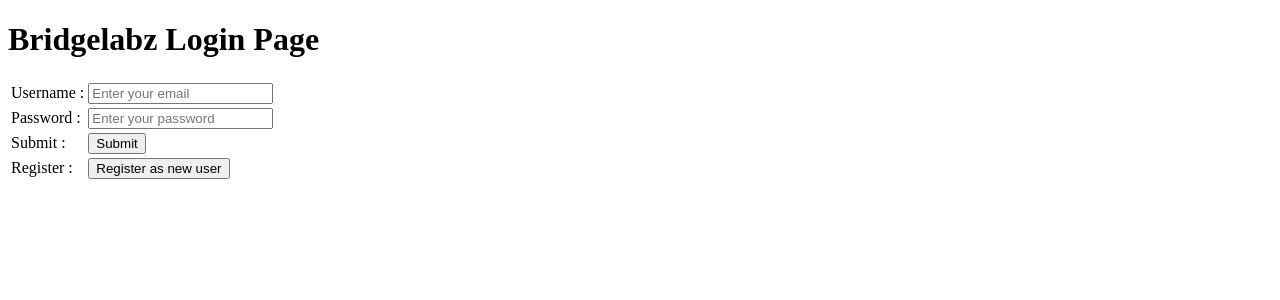
Repository: MarkFernandes11/Advanced-Java
Page: http://localhost/LoginPage1/
The author's editor kept a copy of each file at every save. The page is drawn from the files as they stood at one save, then again after the next save.
The browser window is 1280 px wide. The pictures show the whole page.
The page is served by Tomcat 9. Other server files are loaded and not shown.

Above is the page before, as saved 2019-09-23 11:14:29.

### LoginPage1/WebContent/index.jsp
<%@ page language="java" contentType="text/html; charset=UTF-8"
    pageEncoding="UTF-8"%>
<!DOCTYPE html>
<html>
<head>
<meta charset="UTF-8">
<title>Bridgelabz Login Page</title>
</head>
<body>
	<header>

		<h1>Bridgelabz Login Page</h1>

		<!-- <marquee><h1>Bridgelabz Login Page</h1></marquee> -->

	</header>

	<form method = "post" action ="">
		<table>
			<tr><td>Username : </td><td><input type = "email" name = "email" placeholder = "Enter your email"></td></tr>

			<tr><td>Password : </td><td><input type = "password" name = "password" placeholder = "Enter your password"></td></tr>

			<tr><td>Submit : </td><td><input type = "submit" value = "Submit"></td></tr>

			<tr><td>Register : </td><td><a href = "google.com"><input type = "submit" value = "Register as new user"></a></td></tr>

		</table>
	</form>
</body>
</html>

After the next save:
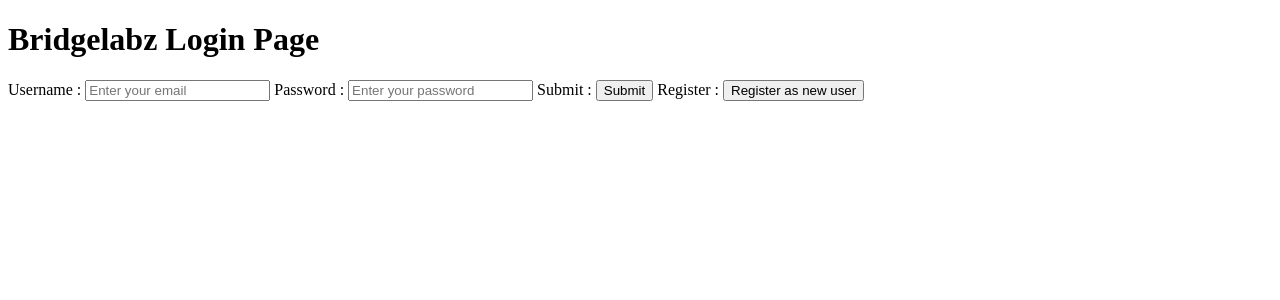
Saved 79 s later.
--- a/LoginPage1/WebContent/index.jsp
+++ b/LoginPage1/WebContent/index.jsp
@@ -16,16 +16,16 @@
 	</header>
 
 	<form method = "post" action ="">
-		<table>
-			<tr><td>Username : </td><td><input type = "email" name = "email" placeholder = "Enter your email"></td></tr>
 
-			<tr><td>Password : </td><td><input type = "password" name = "password" placeholder = "Enter your password"></td></tr>
+			Username : <input type = "email" name = "email" placeholder = "Enter your email">
 
-			<tr><td>Submit : </td><td><input type = "submit" value = "Submit"></td></tr>
+			Password : <input type = "password" name = "password" placeholder = "Enter your password">
 
-			<tr><td>Register : </td><td><a href = "google.com"><input type = "submit" value = "Register as new user"></a></td></tr>
+			Submit : <input type = "submit" value = "Submit">
 
-		</table>
+			Register : <a href = "google.com"><input type = "submit" value = "Register as new user"></a>
+
+
 	</form>
 </body>
 </html>
